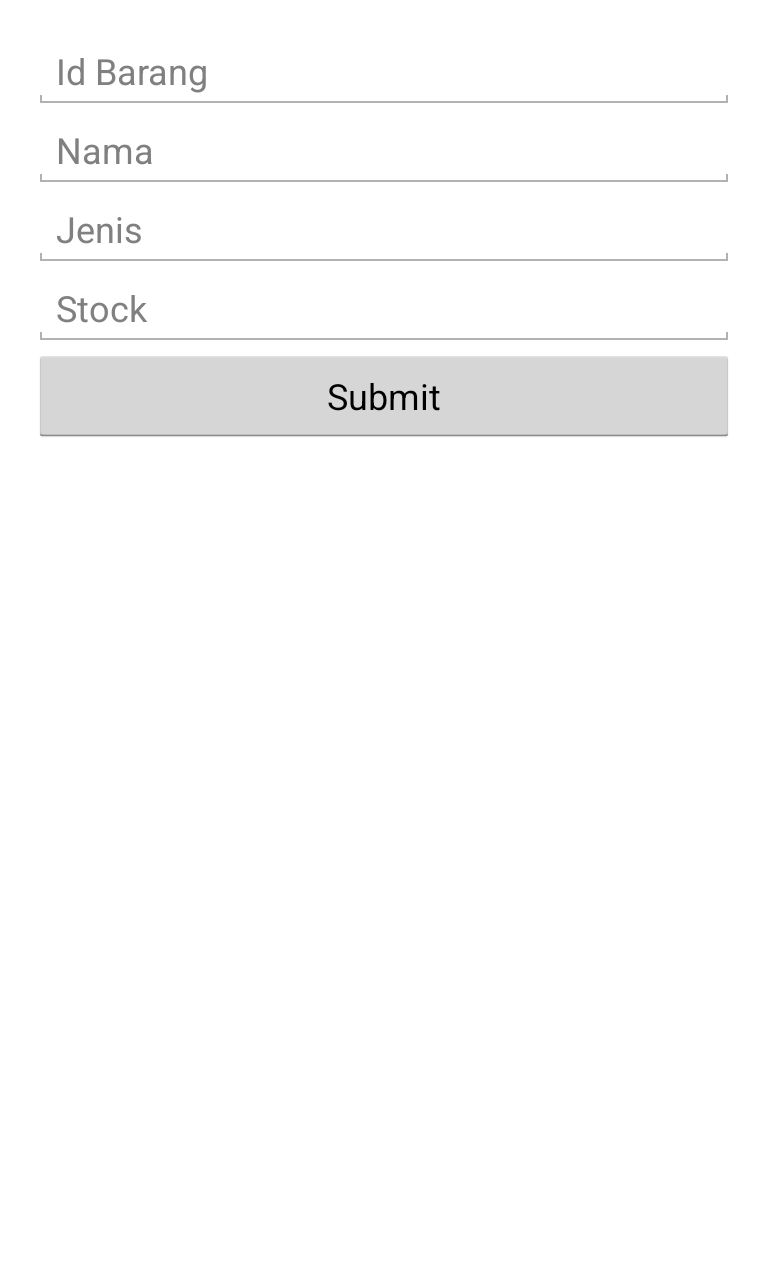
Repository: kisahtegar/UnipiLabs
Layout: GudangKisah/res/layout/activity_update_data.xml
These files come from the project's save history. The layout is drawn as it stood at one moment and after a run of saves; the edit follows.
It is drawn on a 768 x 1280 px phone screen (xhdpi) without system bars, with theme AppTheme; the app's code is not run.

Above is the layout before, as saved 2024-07-31 04:31:03.

After the next 2 saves:
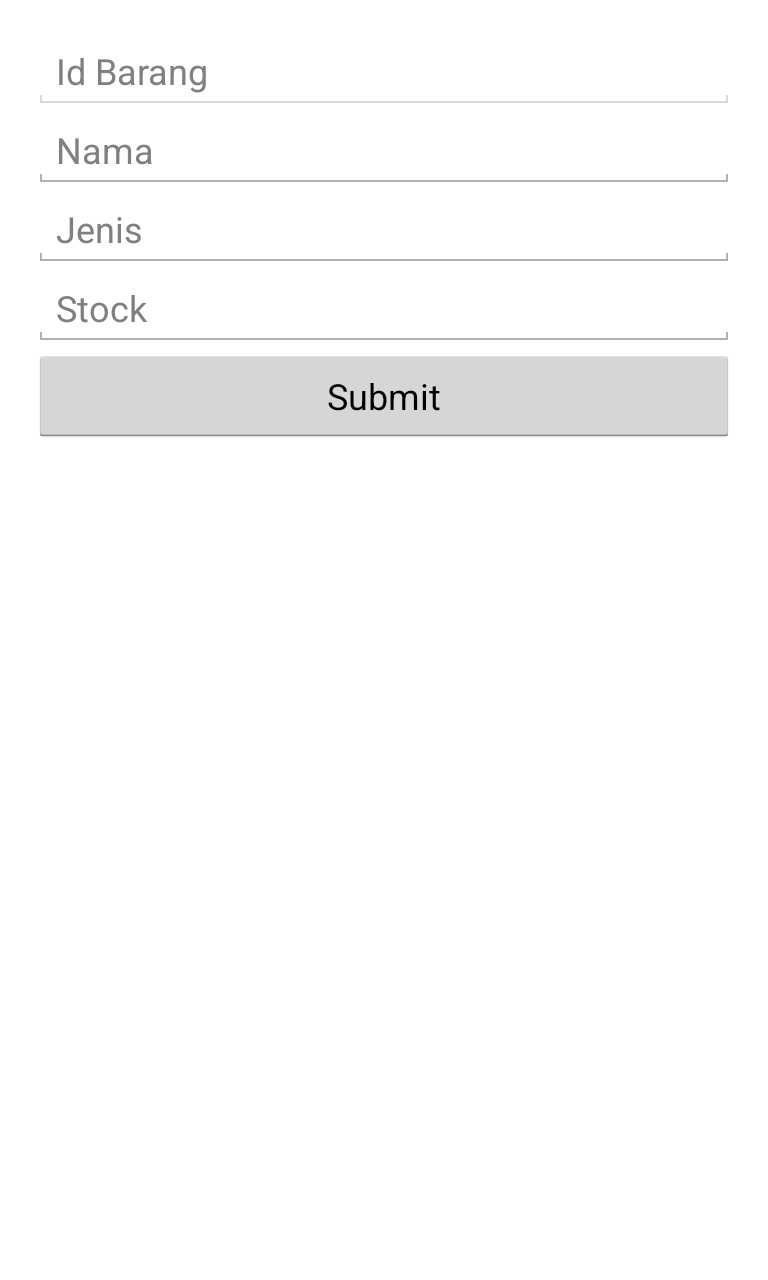
The 2 saves are shown as one change because they came seconds apart.
The last was saved 53 s later.
--- a/GudangKisah/res/layout/activity_update_data.xml
+++ b/GudangKisah/res/layout/activity_update_data.xml
@@ -9,7 +9,8 @@
         android:id="@+id/id_barang"
         android:layout_width="match_parent"
         android:layout_height="wrap_content"
-        android:hint="@string/id_barang"/>
+        android:hint="@string/id_barang"
+        android:enabled="false" />
 
     <EditText
         android:id="@+id/nama"
